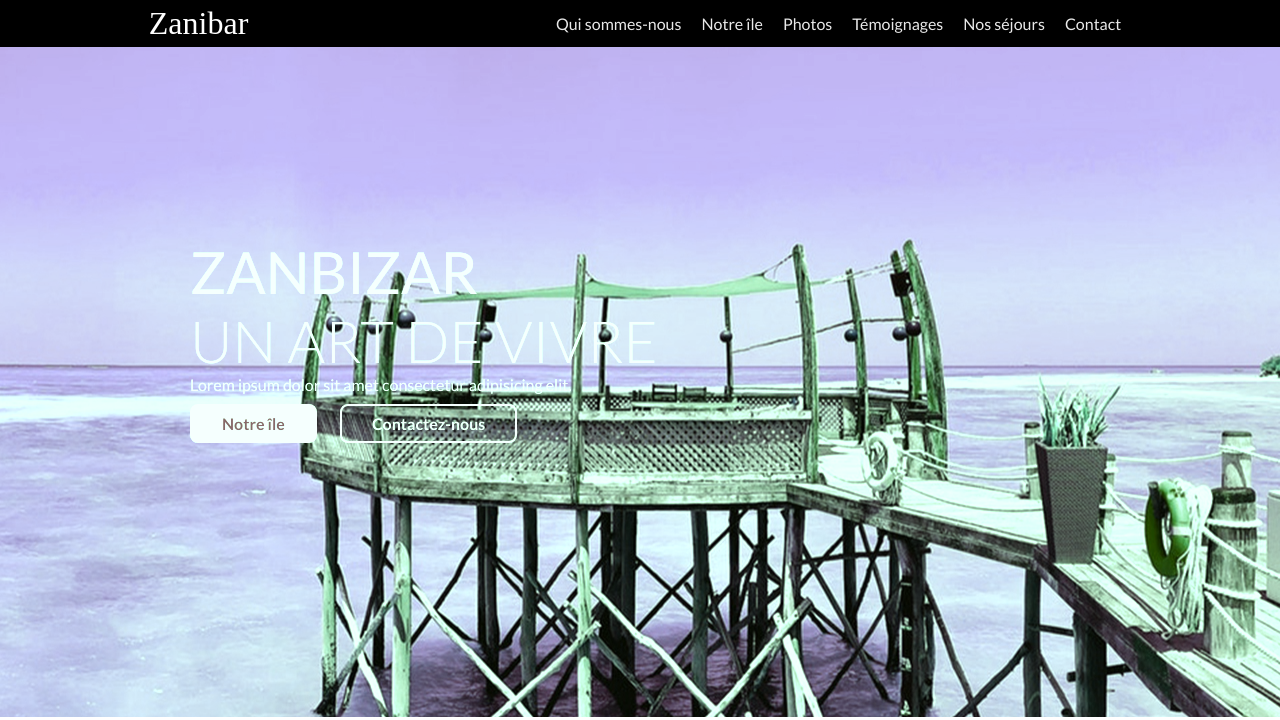
Repository: ypiard85/zanzibar
Page: index.html
The author's editor kept a copy of each file at every save. The page is drawn from the files as they stood at one save, then again after the next save.
The browser window is 1280 px wide. The pictures show the whole page.
Some web fonts or font styles are not loaded; a fallback is used.

Above is the page before, as saved 2021-02-23 15:19:09.

### index.html
<!DOCTYPE html>
<html lang="en">
<head>
    <meta charset="UTF-8">
    <meta http-equiv="X-UA-Compatible" content="IE=edge">
    <meta name="viewport" content="width=device-width, initial-scale=1.0">
    <link rel="stylesheet" href="font/font.css">
    <link rel="stylesheet" href="./style.css">
    <link href="https://fonts.googleapis.com/css?family=Lato:300,400,700" rel="stylesheet">
    <link href="https://fonts.googleapis.com/css?family=Sanchez" rel="stylesheet">
    <title>Document</title>
</head>
<body>
    <div class="wrapper">
        <header role="header">
            <nav class="nav">
                <div class="nav_left">
                    <a href="">
                        Zanibar
                    </a>
                </div>
                <ul class="nav_link">
                    <li><a href="">Qui sommes-nous</a></li>
                    <li><a href="">Notre île</a></li>
                    <li><a href="">Photos</a></li>
                    <li><a href="">Témoignages</a></li>
                    <li><a href="">Nos séjours</a></li>
                    <li><a href="">Contact</a></li>
                </ul>
            </nav>
        </header>
        <section class="image_thumbnail">
            <div class="content_thumbnail">
                <p class="titlte_first">ZANBIZAR</p>
                <p class="title_second">UN ART DE VIVRE</p>
                <p>Lorem ipsum dolor sit amet consectetur adipisicing elit.</p>
                <a href="" class="btn_plein">Notre île</a>
                <a href="" class="btn_empty">Contactez-nous</a>
            </div>
        </section>
    </div>
</body>
</html>

### font/font.css
/*! Generated by Font Squirrel (https://www.fontsquirrel.com) on June 4, 2019 */



@font-face {
    font-family: 'warnesregular';
    src: url('warnes-regular-webfont.eot');
    src: url('warnes-regular-webfont.eot?#iefix') format('embedded-opentype'),
         url('warnes-regular-webfont.woff2') format('woff2'),
         url('warnes-regular-webfont.woff') format('woff'),
         url('warnes-regular-webfont.ttf') format('truetype'),
         url('warnes-regular-webfont.svg#warnesregular') format('svg');
    font-weight: normal;
    font-style: normal;

}

### style.css
:root{
    --font-family-title: "warnesregular";
    --guillemet-citation: "Sanchez", serif;
}

*{
    margin: 0;
    padding: 0;
    box-sizing: content-box;
    list-style: none;
    text-decoration: none;
}

html {
    background-color: #fff;
    font-family: "Lato", "Arial", sans-serif;
}


.nav{
    background: black;
    display: flex;
    justify-content: space-around;
    align-items: center;
    padding: 5px 0;
}

.nav *{
    color: #fff;
}

.nav_left a{
    font-family: var(--font-family-title);
    font-size: 32px;
}

.nav_link{
    display: flex;
}

.nav_link li a{
    color: rgb(233, 233, 233);
    margin: 0 10px;

}

.image_thumbnail{
    background-image: url('./header.jpg');
    filter: grayscale(0%) sepia(60%) hue-rotate(90deg);
    background-repeat: no-repeat;
    background-position: center right;
    height: 93vh;
}

.content_thumbnail{
    padding: 190px;
    color: #fff;
}

.content_thumbnail .titlte_first{
    font-size: 58px;
}

.content_thumbnail .title_second{
    font-size: 58px;
    font-weight: 100;
}

.content_thumbnail > a{
    display: inline-block;
    margin-top: 10px;
    padding: 8px 30px;
    border-radius: 8px;
    border: 2px solid #fff;
    margin-right: 20px;
    font-weight: 600;
}

.btn_plein{
    background-color: white;
    color: rgb(85, 85, 199);
}

.btn_empty{
    background-color: transparent;
    color: #fff;
}

After the next save:
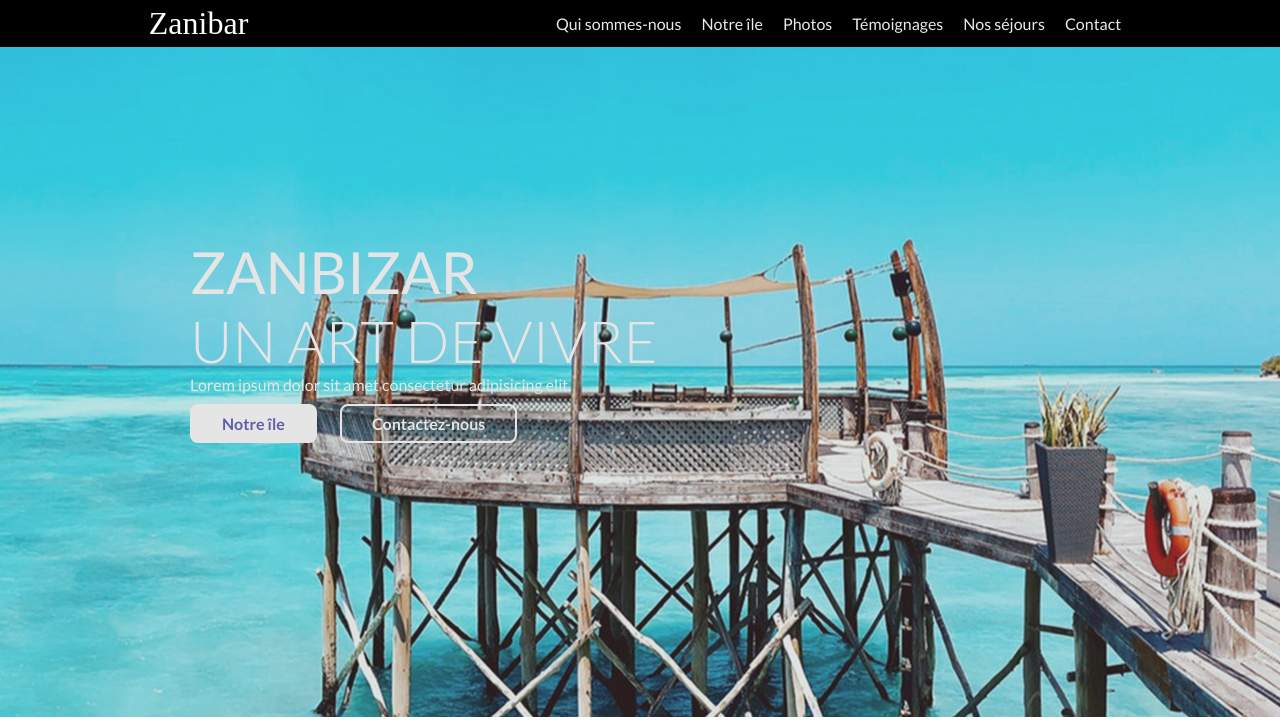
Saved 109 s later.
--- a/style.css
+++ b/style.css
@@ -46,10 +46,13 @@ html {
 
 .image_thumbnail{
     background-image: url('./header.jpg');
-    filter: grayscale(0%) sepia(60%) hue-rotate(90deg);
     background-repeat: no-repeat;
     background-position: center right;
     height: 93vh;
+
+    filter: grayscale(61%) saturate(219%) contrast(93%) invert(7%);
+-webkit-filter: grayscale(61%) saturate(219%) contrast(93%) invert(7%);
+-moz-filter: grayscale(61%) saturate(219%) contrast(93%) invert(7%);
 }
 
 .content_thumbnail{
